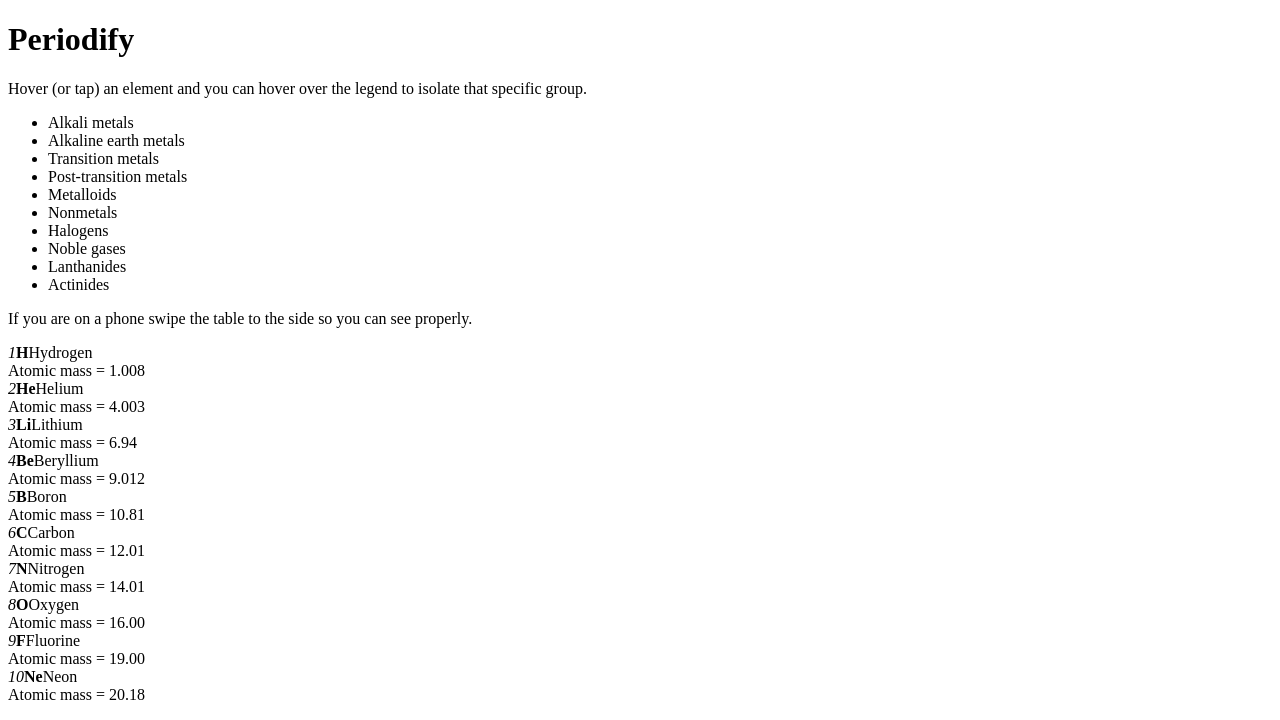
Repository: manayparikh1/Periodify
Page: index.html
The author's editor kept a copy of each file at every save. The page is drawn from the files as they stood at one save, then again after the next save.
The browser window is 1280 px wide. The pictures show the whole page.

Above is the page before, as saved 2026-10-11 21:12:22.

### index.html
<!DOCTYPE html>
<html lang="en">

<head>
    <meta charset="UTF-8">
    <meta name="viewport" content="width=device-width, initial-scale=1.0">
    <title>Periodify</title>
</head>

<body>
    <!-- === HTML STARTS here===-->
    <header>
        <h1>Period<span>ify</span></h1>
        <p>Hover (or tap) an element and you can hover over the legend to isolate that specific group.</p>
    </header>
    <!-- === Legend === -->
    <ul class="legend">
        <li class="k-ak" style="--c: var(--ak);">Alkali metals</li>
        <li class="k-ae" style="--c: var(--ae);">Alkaline earth metals</li>
        <li class="k-tm" style="--c: var(--tm);">Transition metals</li>
        <li class="k-pt" style="--c: var(--pt);">Post-transition metals</li>
        <li class="k-md" style="--c: var(--md);">Metalloids</li>
        <li class="k-nm" style="--c: var(--nm);">Nonmetals</li>
        <li class="k-hg" style="--c: var(--hg);">Halogens</li>
        <li class="k-hl" style="--c: var(--hl);">Noble gases</li>
        <li class="k-la" style="--c: var(--la);">Lanthanides</li>
        <li class="k-ac" style="--c: var(--ac);">Actinides</li>
    </ul>
    <p class="hint">If you are on a phone swipe the table to the side so you can see properly.</p>
    <div class="scroll">
        <div class="table">

            <!-- The first period -->
            <div class="el nm" tabindex="0"><i>1</i><b>H</b><span>Hydrogen<br>Atomic mass = 1.008</span></div>
            <div class="gap" style="--n:16"></div>
            <!-- Gives a 16 element gap because hydron and helium are not in the same column -->
            <div class="el ng" tabindex="0"><i>2</i><b>He</b><span>Helium<br>Atomic mass = 4.003</span></div>
            <!-- The second period -->
            <div class="el ak" tabindex="0"><i>3</i><b>Li</b><span>Lithium<br>Atomic mass = 6.94</span></div>
            <div class="el ae" tabindex="0"><i>4</i><b>Be</b><span>Beryllium<br>Atomic mass = 9.012</span></div>
            <div class="gap" style="--n:10"></div>
            <div class="el md" tabindex="0"><i>5</i><b>B</b><span>Boron<br>Atomic mass = 10.81</span></div>
            <div class="el nm" tabindex="0"><i>6</i><b>C</b><span>Carbon<br>Atomic mass = 12.01</span></div>
            <div class="el nm" tabindex="0"><i>7</i><b>N</b><span>Nitrogen<br>Atomic mass = 14.01</span></div>
            <div class="el nm" tabindex="0"><i>8</i><b>O</b><span>Oxygen<br>Atomic mass = 16.00</span></div>
            <div class="el hg" tabindex="0"><i>9</i><b>F</b><span>Fluorine<br>Atomic mass = 19.00</span></div>
            <div class="el ng" tabindex="0"><i>10</i><b>Ne</b><span>Neon<br>Atomic mass = 20.18</span></div>
            <!-- The third period -->
        </div>
    </div>
</body>

















































<style>
    /* the colours */

    :root {
        --bg: #dedfdde9;
        --text: #1c1919;
        --card: #f5f5f5;
        --muted: #a9a9a9;

        --am: #4fa75f;
        /*Alkali metals*/
        --ae: #96773a;
        /*alkaline earth metals*/
        --ac: #765545;
        /*transition metals*/
        --aem: #ffb;
        /*post transition metals*/
        --rnm: rgb(104, 117, 238);
        /*metalloids*/
        --ptt: rgb(189, 153, 210);
        /*halogens*/
        --nm: rgb(234, 121, 121);
        /*non metals*/
        --hl: #bf9b9b;
        /*noble gases*/
        --ng: #f48fb1;
        /*actinades */
        --la: #c0df9d;
        /*lanthanides */

        --wobble: 255px 15px 225px 15px / 15px 225px 15px 255px;
        /*drawn by hand design not accurate rn*/

    }

After the next save:
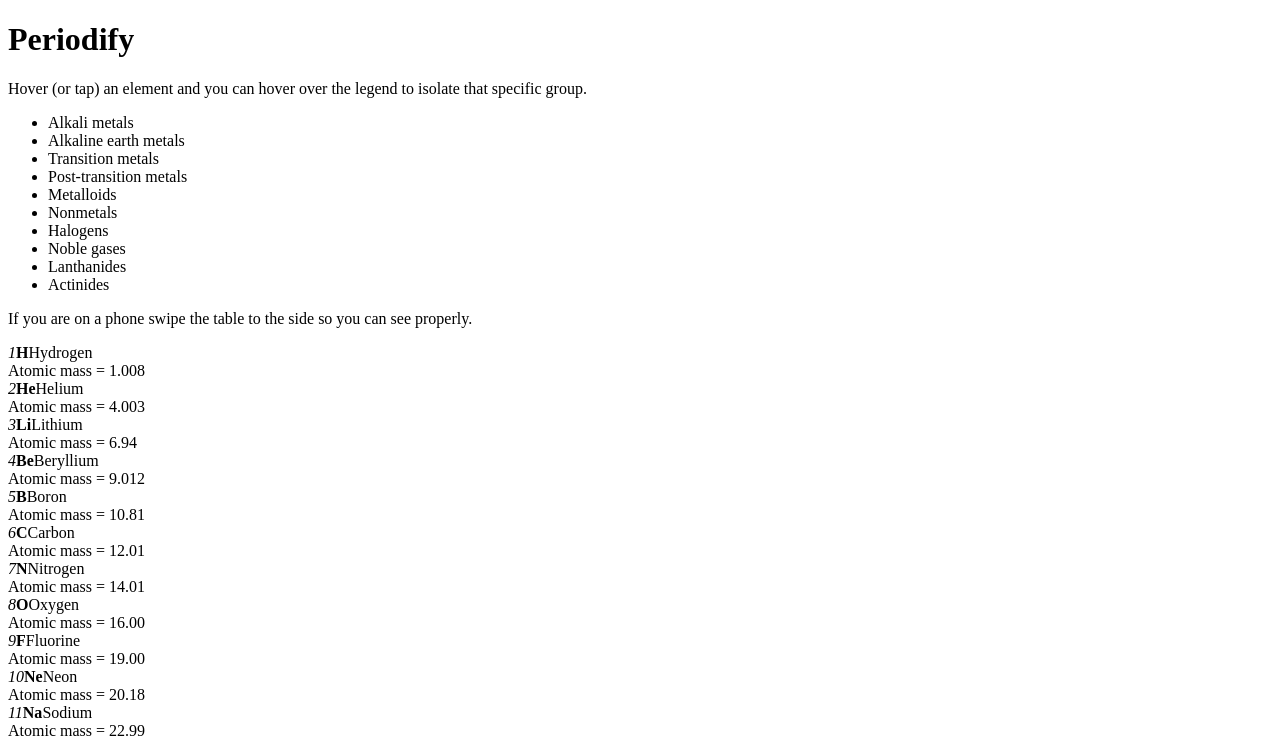
Saved 13 min 55 s later.
--- a/index.html
+++ b/index.html
@@ -46,6 +46,7 @@
             <div class="el hg" tabindex="0"><i>9</i><b>F</b><span>Fluorine<br>Atomic mass = 19.00</span></div>
             <div class="el ng" tabindex="0"><i>10</i><b>Ne</b><span>Neon<br>Atomic mass = 20.18</span></div>
             <!-- The third period -->
+            <div class="el ak" tabindex="0"><i>11</i><b>Na</b><span>Sodium<br>Atomic mass = 22.99</span></div>
         </div>
     </div>
 </body>
